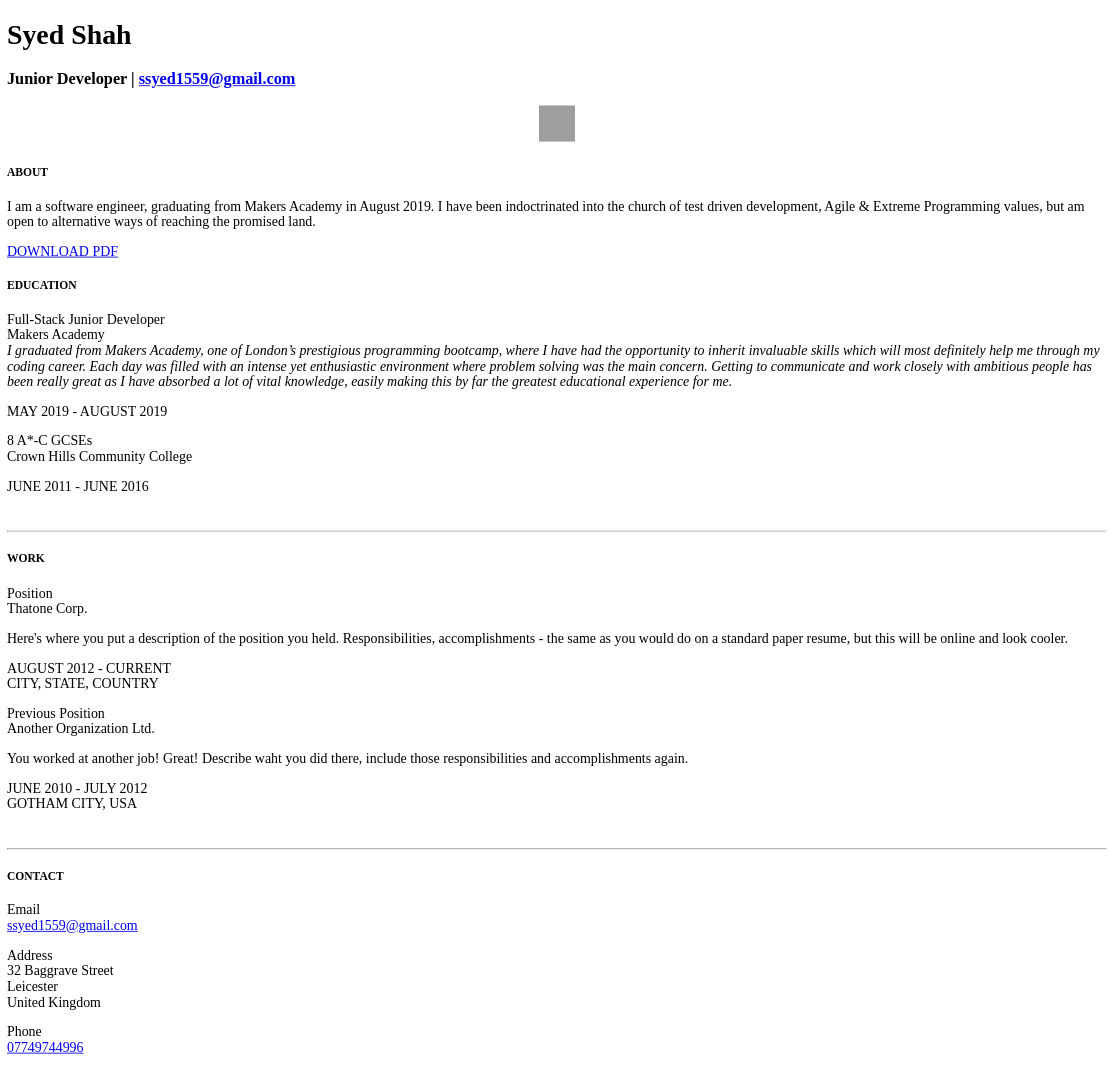
Repository: Syed-A-Shah/Resume
Page: index.html
The author's editor kept a record of every edit. The page is drawn from the files as they stood at one moment, then again after the next edit.
The browser window is 1280 px wide. The pictures show the whole page, at 87% of full size.
Pictures or frames that could not be fetched are drawn as grey boxes.

Above is the page before.

After the next edit:
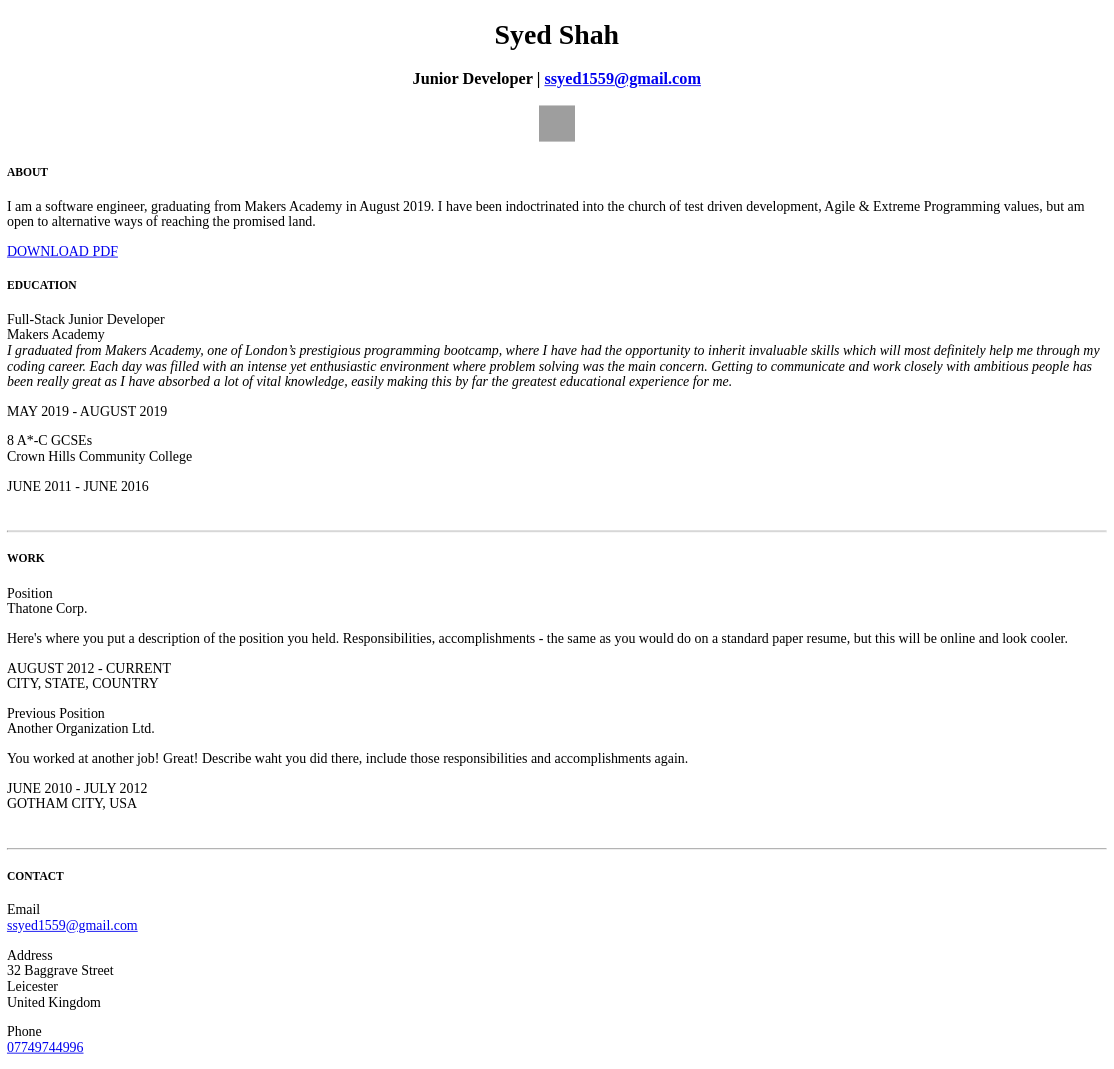
The edit:
--- a/index.html
+++ b/index.html
@@ -7,7 +7,7 @@
 
 
 
-   <div class="header" id="headerwrap">
+   <div class="header" id="headerwrap" align="center">
      <div class="container">
        <div class="row centered">
          <div class="col-lg-12">
